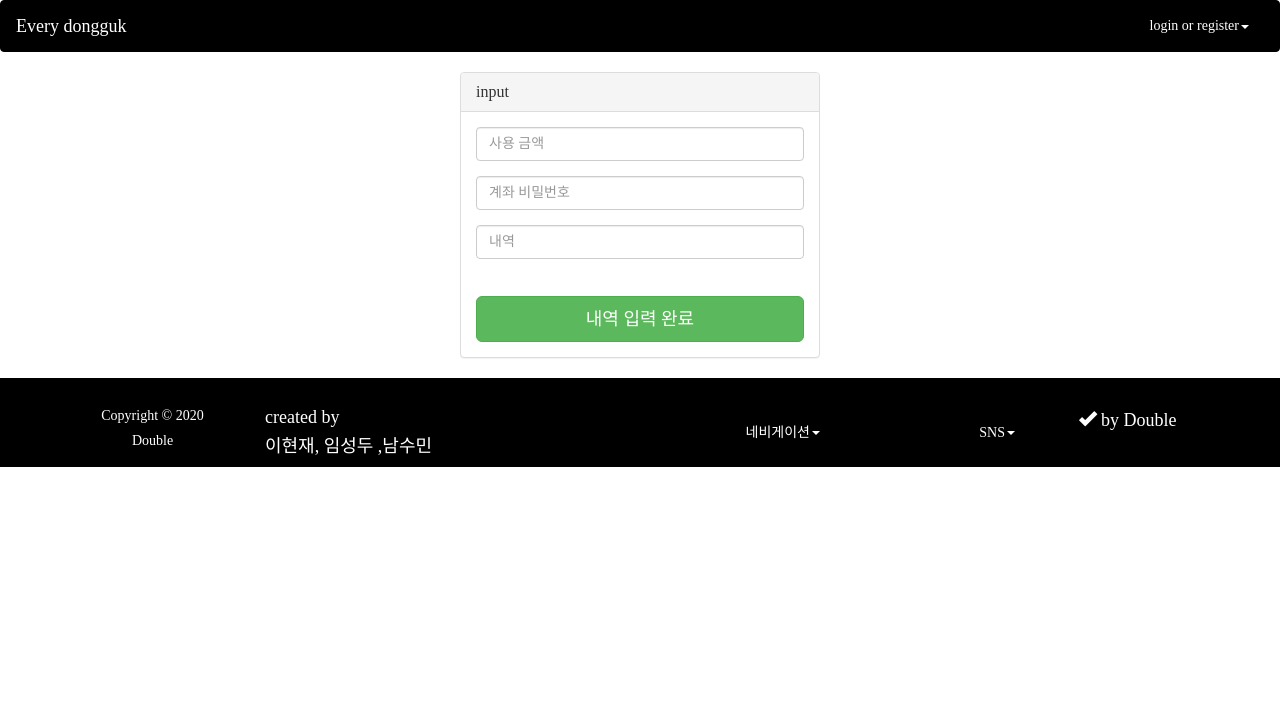
Repository: CSID-DGU/2020-1-ESCD-DOUBLE
Page: http://localhost/web/WEB-INF/views/bank/purchase.jsp
An editor plug-in stored every save of this project. The page is shown before and after the next save, followed by the edit.
The browser window is 1280 px wide. The pictures show the whole page.
Some web fonts or font styles are not loaded; a fallback is used. Some web libraries are served in a nearby version. The page is served by Tomcat 9. Nobody is signed in. Other server files are loaded and not shown. The template is opened directly, without the code that normally fills it, so the values that code supplies are empty.

Above is the page before, as saved 2020-05-10 14:20:18.

### web/src/main/webapp/WEB-INF/views/bank/purchase.jsp
<%@ page language="java" contentType="text/html; charset=EUC-KR"
    pageEncoding="EUC-KR"%>
<%@taglib prefix= "c" uri= "http://java.sun.com/jsp/jstl/core" %>
<!DOCTYPE html>
<html>
<head>
<meta charset="EUC-KR">
<title>Insert title here</title>
<link rel="stylesheet" href="resources/css/bootstrap.css">
<link rel="stylesheet" href="resources/css/customize.css">
<link rel="stylesheet" href="resources/css/template.css">
</head>
<body>
<style>
#unvisfile { visibility: hidden; }
</style>
<%@include file="../template/header.jsp"%>



<div class="container">
    <div class="row">
		<div class="col-md-4 col-md-offset-4">
    		<div class="panel panel-default">
			  	<div class="panel-heading">
			    	<h3 class="panel-title">input</h3>
			 	</div>
			  	<div class="panel-body">

				    <form name="uploadForm" method="post" role="form" action="purchase_ok" enctype="multipart/form-data">
                    <fieldset>
			    	  	<div class="form-group">
<input class="form-control" type="text" name="Binout" placeholder="사용 금액">
			    		</div>
			    		<div class="form-group">
<input class="form-control" type="password" name="Bpw" placeholder="계좌 비밀번호">
			    		</div>
			    		<div class="form-group">
<input class="form-control" type="text" name="Bmemo" placeholder="내역">
			    		</div>
			    		<input type="hidden">
    <input type="file" id="unvisfile" name="imgFile"></input>
<input class="btn btn-lg btn-success btn-block" type="submit" value="내역 입력 완료">
			    	</fieldset>
			      	</form>
			    </div>
			</div>
		</div>
	</div>
</div>



<%@include file="../template/footer.jsp"%>


</body>
</html>

### web/src/main/webapp/WEB-INF/views/template/header.jsp
<%@ page language="java" contentType="text/html; charset=EUC-KR"
    pageEncoding="EUC-KR"%>
<!DOCTYPE html>
<html>
<head>
<meta charset="EUC-KR">
<title>Insert title here</title>
<link rel="stylesheet" href="resources/css/bootstrap.css">
<link rel="stylesheet" href="resources/css/customize.css">
</head>
<body>
<script src="https://code.jquery.com/jquery-3.1.1.min.js"></script>
<script src="resources/js/bootstrap.js"></script>
<%@taglib prefix= "c" uri= "http://java.sun.com/jsp/jstl/core" %>
<nav class="navbar navbar-default">
	<div class="container-fluid">

		<div class="navbar-header">
			<button type="button" class="navbar-toggle collapsed" data-toggle="collapse"
			data-target="#bs-example-navbar-collapse-1" aria-expanded="false"><!-- 크기를 줄였을때 나타나는 버튼 -->
				<span class="sr-only"></span>
				<span class="icon-bar"></span>
				<span class="icon-bar"></span>
				<span class="icon-bar"></span>
			</button>
			<a class="navbar-brand" href="index">Every dongguk</a>
		</div>

		<div class="collapse navbar-collapse" id="bs-example-navbar-collapse-1"><!-- 네비 중간 대부분을 차지함 -->

			<ul class="nav navbar-nav navbar-right">
				<li class="dropdown">
					<a href="#" class="dropdown-toggle" data-toggle="dropdown" role="button"
					aria-haspopup="true" aria-expanded="false"><c:if test="${empty Sid }">login or register</c:if><c:if test="${not empty Sid }">${Sid } 님 환영합니다.</c:if><span class="caret"></span></a>
					<ul class="dropdown-menu">

					<c:choose>
					<c:when test="${empty Sid }">
						<li><a href="login_form">로그인</a></li>
						<li><a href="register_form">회원가입</a></li>
					</c:when>
					<c:otherwise>
						<li><a href="logout">로그아웃</a></li>
						<li><a href="mypage">마이페이지(${Sid})</a></li>
						</c:otherwise>
						</c:choose>

					</ul>

				</li>
			</ul>

		</div>
	</div>
</nav>



</body>
</html>

### web/src/main/webapp/WEB-INF/views/template/footer.jsp
<%@ page language="java" contentType="text/html; charset=EUC-KR"
    pageEncoding="EUC-KR"%>
<!DOCTYPE html>
<html>
<head>
<meta charset="EUC-KR">
<title>Insert title here</title>
<link rel="stylesheet" href="resources/css/bootstrap.css">
<link rel="stylesheet" href="resources/css/customize.css">
</head>
<body>
<script src="https://code.jquery.com/jquery-3.1.1.min.js"></script>
<script src="resources/js/bootstrap.js"></script>

<style type="text/css">
#footul ,#footul2{
color:white;}
#footul:hover ,#footul2:hover{

background-color:black;


}
#footul:focus,#footul2:hover{
background-color:black;}

</style>

<footer style="background-color: #000000;color:#ffffff">
	<div class="container">
		<br>
		<div class="row">
			<div class="col-sm-2" style="text-align: center;"><h5>Copyright &copy; 2020</h5><h5>Double </h5></div>
			<div class="col-sm-4"><h4>created by<h4><p>이현재, 임성두 ,남수민</p></div>
			<div class="col-sm-2"><h4 style="text-align:center;"></h4>

						<ul class="nav navbar-nav navbar-right">
				<li class="dropdown">
					<a href="#" class="dropdown-toggle" data-toggle="dropdown" role="button"
					aria-haspopup="true" aria-expanded="false" id="footul">네비게이션<span class="caret"></span></a>
					<ul class="dropdown-menu">
						<li><a href="#">냐옹</a></li>
						<li><a href="#">멍멍</a></li>
					</ul>

				</li>
			</ul>
			</div>
			<div class="col-sm-2"><h4 style="text-align:center;"></h4>



							<ul class="nav navbar-nav navbar-right">
				<li class="dropdown">
					<a href="#" class="dropdown-toggle" data-toggle="dropdown" role="button"
					aria-haspopup="true" aria-expanded="false" id="footul2">SNS<span class="caret"></span></a>
					<ul class="dropdown-menu">
						<li><a href="#">뭔가 개발자 이메일 보내기?</a></li>
						<li><a href="#">뭐 그런거...</a></li>
					</ul>

				</li>
			</ul>

			</div>
			<div class="col-sm-2"><h4 style="text-align:center;"><span class="glyphicon glyphicon-ok"></span>&nbsp;by Double</h4></div>
	</div>


</div>
</footer>


</body>
</html>

### web/src/main/webapp/resources/css/customize.css
@import url(http://fonts.googleapis.com/earlyaccess/nanumgothic.css);
*{font-family:'Nanum Gothic';}
a{
	color:#000000;
	text-decoration:none;
}
a:hover{
	color:#bbbbbb;
	text-decoration:none;
	cursor:pointer;
}
.navbar-default{/*까만색!*/
	background-color:#000000;
	border-color:#000000;
}
.navbar-default .navbar-brand{
	color:#ffffff;/*하얀색!*/
}
.navbar-default .navbar-brand:hover,
.navbar-default .navbar-brand:focus{
	background-color:transparent;
	color:#bbbbbb;
}
.navbar-default .navbar-nav> .active>a,
.navbar-default .navbar-nav> .active>a:hover,
.navbar-default .navbar-nav> .active>a:focus{
	color:white;
	background-color:#000000;
}
.navbar-default .navbar-nav> li>a:hover,
.navbar-default .navbar-nav> li>a:focus{
	color:#bbbbbb;
}
.navbar-default .navbar-nav> .open>a,
.navbar-default .navbar-nav> .open>a:hover,
.navbar-default .navbar-nav> .open>a:focus{
	color:#000000;
	background-color:#ffffff;
	text-decoration:none;
}
.navbar-default .navbar-nav>li>a{
	color:white;
}
@media(max-width:767px){
	.navbar-default .navbar-nav .open .dropdown-menu>li>a{
	color:#ffffff;}
	.navbar-default .navbar-nav .open .dropdown-menu>li>a:hover,
	.navbar-default .navbar-nav .open .dropdown-menu>li>a:focus{
	color:#bbbbbb;}

}

### web/src/main/webapp/resources/css/template.css
@charset "UTF-8";

.footer {

position: absolute;
left: 0;
bottom: 0;
width: 100%;
text-align: center;
color: white;
}

Loaded but not shown: web/src/main/webapp/resources/css/bootstrap.css (library); web/src/main/webapp/resources/js/bootstrap.js (library)

After the next save:
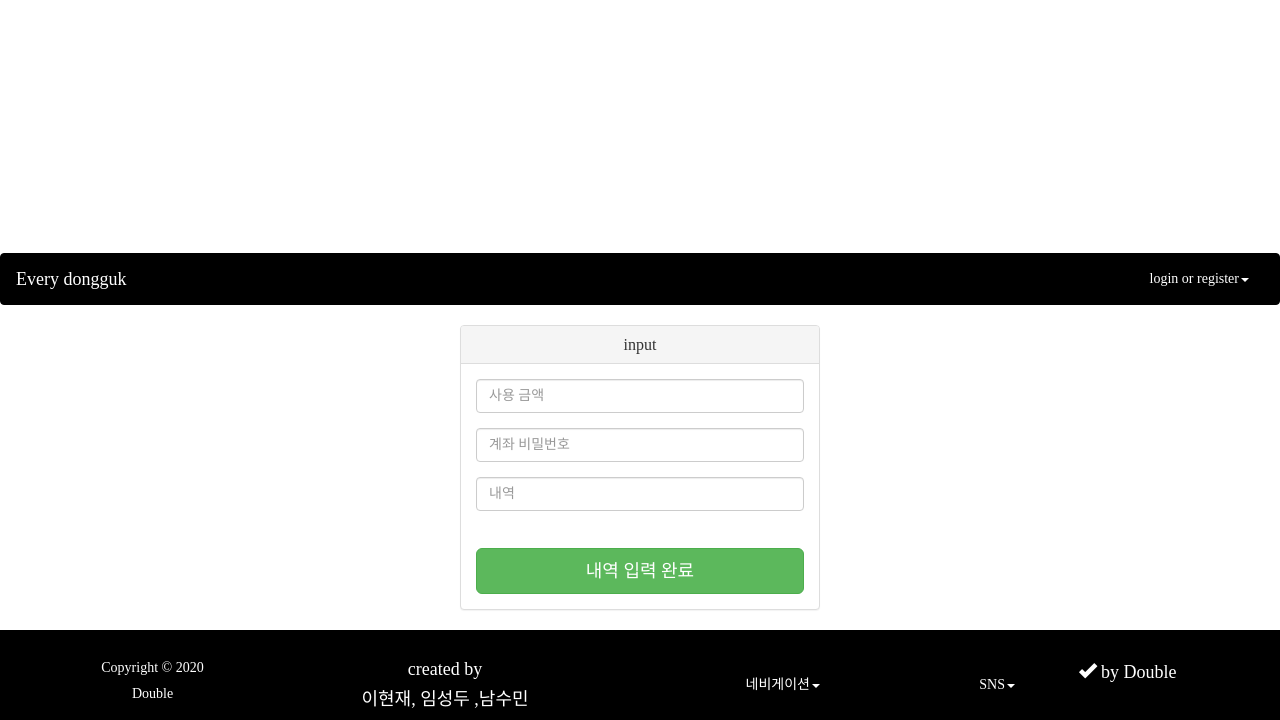
Saved 98 s later.
--- a/web/src/main/webapp/WEB-INF/views/template/footer.jsp
+++ b/web/src/main/webapp/WEB-INF/views/template/footer.jsp
@@ -7,6 +7,15 @@
 <title>Insert title here</title>
 <link rel="stylesheet" href="resources/css/bootstrap.css">
 <link rel="stylesheet" href="resources/css/customize.css">
+<style>
+body{
+position: absolute;
+left: 0;
+bottom: 0;
+width: 100%;
+text-align: center;
+color: white;
+}</style>
 </head>
 <body>
 <script src="https://code.jquery.com/jquery-3.1.1.min.js"></script>

After the save that followed:
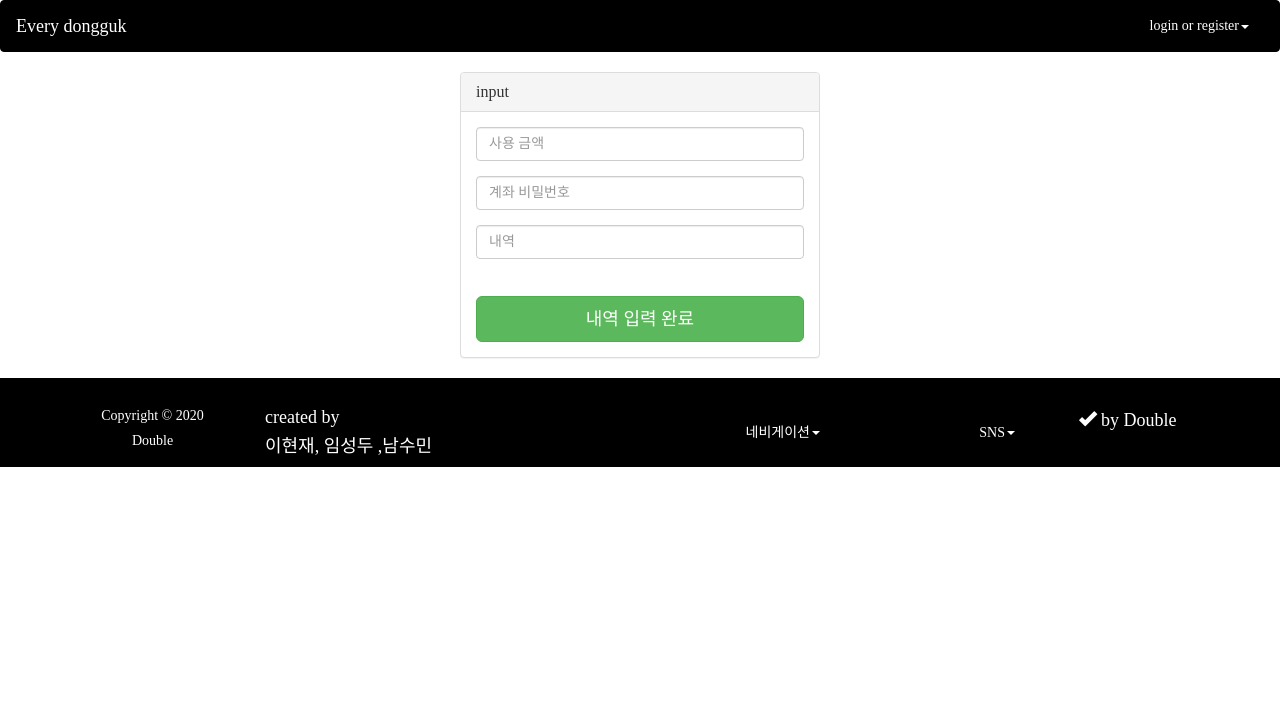
Saved 34 s later.
--- a/web/src/main/webapp/WEB-INF/views/template/footer.jsp
+++ b/web/src/main/webapp/WEB-INF/views/template/footer.jsp
@@ -7,15 +7,7 @@
 <title>Insert title here</title>
 <link rel="stylesheet" href="resources/css/bootstrap.css">
 <link rel="stylesheet" href="resources/css/customize.css">
-<style>
-body{
-position: absolute;
-left: 0;
-bottom: 0;
-width: 100%;
-text-align: center;
-color: white;
-}</style>
+
 </head>
 <body>
 <script src="https://code.jquery.com/jquery-3.1.1.min.js"></script>
